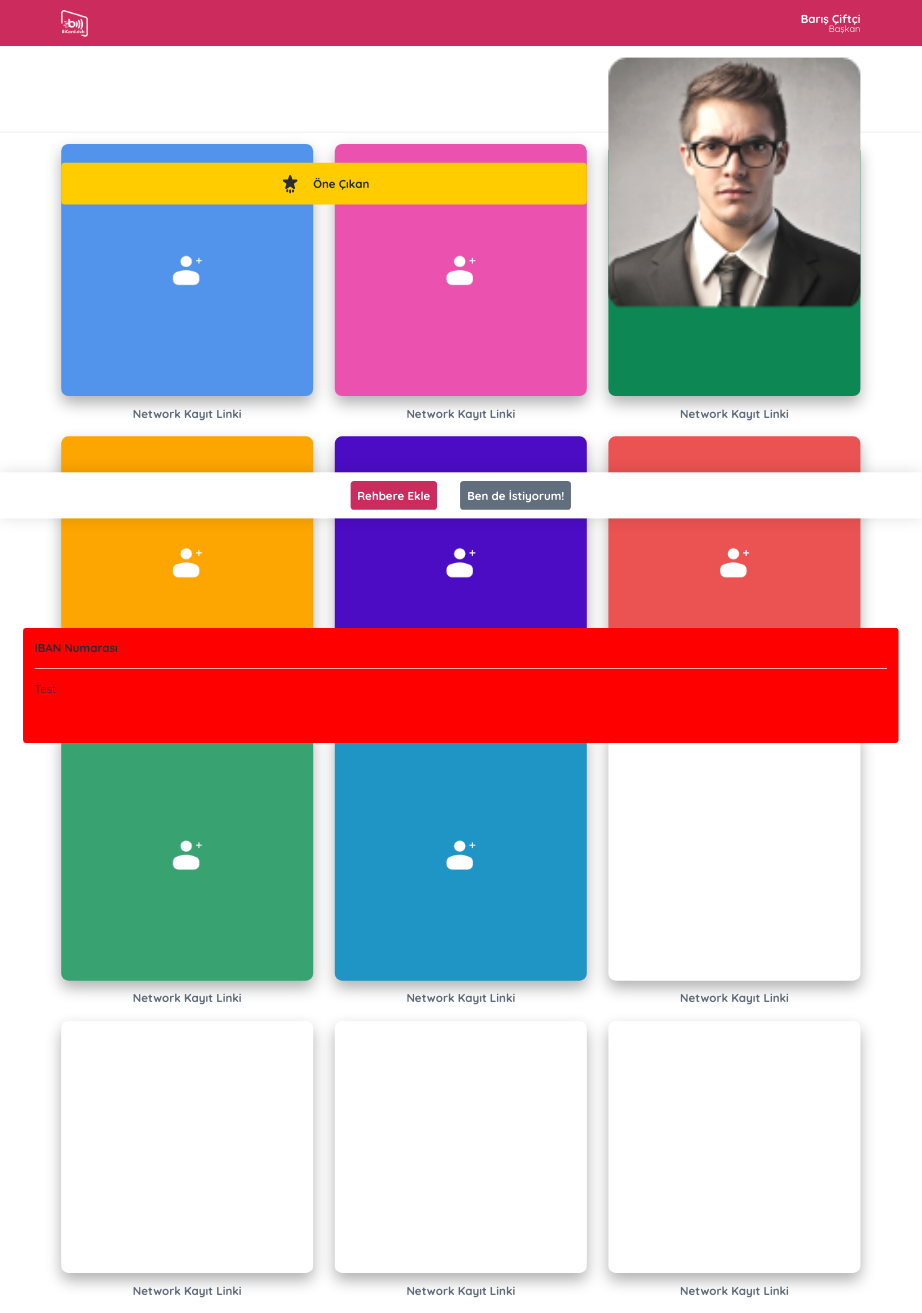
Repository: KayahanKahriman/bicard
Page: index.html
An editor plug-in stored every save of this project. The page is shown before and after the next save, followed by the edit.
The browser window is 1280 px wide. The pictures show the whole page, at 72% of full size.
The style sheet was rebuilt from its Sass, Less or Tailwind sources for each picture, by a compiler version that may differ from the author's.

Above is the page before, as saved 2021-12-02 10:03:40.

### index.html
<!doctype html>
<html>

<head>
    <meta name="viewport" content="width=device-width, initial-scale=1, maximum-scale=1, user-scalable=no">
    <meta charset="utf-8" />
    <title>Title</title>
    <link rel="preconnect" href="https://fonts.googleapis.com">
    <link rel="preconnect" href="https://fonts.gstatic.com" crossorigin>
    <link href="https://fonts.googleapis.com/css2?family=Quicksand:wght@400;500;700&display=swap" rel="stylesheet">
    <link href="./assets/css/style.css" type="text/css" rel="stylesheet" />
</head>

<body>
    <header id="app-bar">
        <div class="container h-100">
            <div class="row h-100 align-items-center justify-content-between">
                <div class="col-1">
                    <img src="./assets/images/logo.png" alt="">
                </div>
                <div class="col-11">
                    <div id="app-bar-right">
                        <p id="person-name">Barış Çiftçi</p>
                        <p id="person-title">Başkan</p>
                    </div>
                </div>
            </div>
        </div>
    </header>

    <section id="profile" class="py-3">
        <div class="container">
            <div class="row align-items-center justify-content-center text-center">
                <div class="col-8">
                    <a href="#" class="button jumbo-button button-has-icon"><img src="./assets/images/ranking.svg" alt="">Öne Çıkan</a>
                </div>
                <div class="col-4">
                    <img class="img-contain" src="./assets/images/avatar.png" alt="">
                </div>
            </div>
        </div>
    </section>

    <section id="icon-grid" class="py-3">
        <div class="container">
            <div class="row">
                <div class="col-4 mb-4">
                    <div class="icon-grid-item">
                        <div class="icon-grid-item-icon" style="background-color: #5294eb;">
                            <a data-fancybox href="#test">
                                <img src="./assets/images/user-add.png" alt="">
                            </a>
                        </div>
                        <div class="icon-grid-item-title">
                            Network Kayıt Linki
                        </div>
                    </div>
                </div>
                <div class="col-4 mb-4">
                    <div class="icon-grid-item">
                        <div class="icon-grid-item-icon" style="background-color: #eb52b0;">
                            <a href="#">
                                <img src="./assets/images/user-add.png" alt="">
                            </a>
                        </div>
                        <div class="icon-grid-item-title">
                            Network Kayıt Linki
                        </div>
                    </div>
                </div>
                <div class="col-4 mb-4">
                    <div class="icon-grid-item">
                        <div class="icon-grid-item-icon" style="background-color: #0d8855;">
                            <a href="#">
                                <img src="./assets/images/user-add.png" alt="">
                            </a>
                        </div>
                        <div class="icon-grid-item-title">
                            Network Kayıt Linki
                        </div>
                    </div>
                </div>
                <div class="col-4 mb-4">
                    <div class="icon-grid-item">
                        <div class="icon-grid-item-icon" style="background-color: #fda500;">
                            <a href="#">
                                <img src="./assets/images/user-add.png" alt="">
                            </a>
                        </div>
                        <div class="icon-grid-item-title">
                            Network Kayıt Linki
                        </div>
                    </div>
                </div>
                <div class="col-4 mb-4">
                    <div class="icon-grid-item">
                        <div class="icon-grid-item-icon" style="background-color: #4c0cc4;">
                            <a href="#">
                                <img src="./assets/images/user-add.png" alt="">
                            </a>
                        </div>
                        <div class="icon-grid-item-title">
                            Network Kayıt Linki
                        </div>
                    </div>
                </div>
                <div class="col-4 mb-4">
                    <div class="icon-grid-item">
                        <div class="icon-grid-item-icon" style="background-color: #eb5252;">
                            <a href="#">
                                <img src="./assets/images/user-add.png" alt="">
                            </a>
                        </div>
                        <div class="icon-grid-item-title">
                            Network Kayıt Linki
                        </div>
                    </div>
                </div>
                <div class="col-4 mb-4">
                    <div class="icon-grid-item">
                        <div class="icon-grid-item-icon" style="background-color: #38a371;">
                            <a href="#">
                                <img src="./assets/images/user-add.png" alt="">
                            </a>
                        </div>
                        <div class="icon-grid-item-title">
                            Network Kayıt Linki
                        </div>
                    </div>
                </div>
                <div class="col-4 mb-4">
                    <div class="icon-grid-item">
                        <div class="icon-grid-item-icon" style="background-color: #1e95c4;">
                            <a href="#">
                                <img src="./assets/images/user-add.png" alt="">
                            </a>
                        </div>
                        <div class="icon-grid-item-title">
                            Network Kayıt Linki
                        </div>
                    </div>
                </div>
                <div class="col-4 mb-4">
                    <div class="icon-grid-item">
                        <div class="icon-grid-item-icon">
                            <a href="#">
                                <img src="./assets/images/user-add.png" alt="">
                            </a>
                        </div>
                        <div class="icon-grid-item-title">
                            Network Kayıt Linki
                        </div>
                    </div>
                </div>
                <div class="col-4 mb-4">
                    <div class="icon-grid-item">
                        <div class="icon-grid-item-icon">
                            <a href="#">
                                <img src="./assets/images/user-add.png" alt="">
                            </a>
                        </div>
                        <div class="icon-grid-item-title">
                            Network Kayıt Linki
                        </div>
                    </div>
                </div>
                <div class="col-4 mb-4">
                    <div class="icon-grid-item">
                        <div class="icon-grid-item-icon">
                            <a href="#">
                                <img src="./assets/images/user-add.png" alt="">
                            </a>
                        </div>
                        <div class="icon-grid-item-title">
                            Network Kayıt Linki
                        </div>
                    </div>
                </div>
                <div class="col-4 mb-4">
                    <div class="icon-grid-item">
                        <div class="icon-grid-item-icon">
                            <a href="#">
                                <img src="./assets/images/user-add.png" alt="">
                            </a>
                        </div>
                        <div class="icon-grid-item-title">
                            Network Kayıt Linki
                        </div>
                    </div>
                </div>
            </div>
        </div>
    </section>

    <section id="fixed-buttons">
        <a class="button primary-button" href="#">Rehbere Ekle</a>
        <a class="button dark-button" href="#">Ben de İstiyorum!</a>
    </section>

    <section id="inline-content" class="hide-content">
        <div id="modal-title">
            <strong>IBAN Numarası</strong>
        </div>
        <div id="modal-content">
            Test
        </div>
    </section>

    <script src="https://unpkg.com/swiper/swiper-bundle.min.js"></script>
    <script type="text/javascript" src="assets/js/index.js"></script>
</body>

</html>

### assets/scss/style.scss
@import "main";

#app-bar {
  background-color: var(--primary-color);
  height: var(--app-bar-height);
  width: 100%;
  color: white;
  position: fixed;
  top: 0;
  left: 0;
  z-index: 3;

  #person-name,
  #person-title {
    line-height: 1;
    text-align: right;
    margin-bottom: 0;
  }

  #person-name {
    font-weight: 600;
  }

  #person-title {
    font-size: 0.8em;
  }
}

#profile {
  background-color: white;
  position: relative;
  top: var(--app-bar-height);
  position: sticky;
  width: 100%;
  height: var(--profile-height);
  border-bottom: 1px solid var(--border-color);
  z-index: 3;
}

#icon-grid {
  position: relative;
  top: var(--app-bar-height);
  height: calc(
    100vh - var(--app-bar-height) + var(--fixed-buttons-height) +
      var(--app-bar-height)
  );
}

#fixed-buttons {
  bottom: 0;
  left: 0;
  width: 100%;
  position: fixed;
  background-color: white;
  height: var(--fixed-buttons-height);
  z-index: 3;
  box-shadow: 0 0 20px #00000020;
  display: flex;
  align-items: center;
  justify-content: center;
  column-gap: 2em;
}

#inline-content {
  position: fixed;
  bottom: 0.5em;
  width: 95%;
  left: 50%;
  transform: translateX(-50%);
  border-radius: 5px;
  background-color: white;
  padding: 1em;
  height: 10em;
  z-index: 5;
  transition: all 0.3s ease-in-out;

  #modal-title {
    border-bottom: 1px solid var(--border-color);
    padding-bottom: 1em;
  }
  #modal-content {
    padding: 1em 0;
  }
}

/*------------------------------------*\
    RESPONSIVE
\*------------------------------------*/

@media only screen and (min-width: 320px) {
}

@media only screen and (min-width: 480px) {
}

@media only screen and (min-width: 768px) {
}

@media only screen and (min-width: 1024px) {
}

@media only screen and (min-width: 1140px) {
}

@media only screen and (min-width: 1280px) {
}

@media only screen and (-webkit-min-device-pixel-ratio: 1.5),
  only screen and (min-resolution: 144dpi) {
}

### assets/scss/flex-grid/_flexgrid.scss
@import "functions";
@import "variables";
@import "mixins";
@import "reboot";
@import "utilities";
@import "grid";

### assets/scss/flex-grid/_mixins.scss
// Toggles
//
// Used in conjunction with global variables to enable certain theme features.

// Vendor
@import "vendor/rfs";


// Utilities
@import "mixins/breakpoints";
@import "mixins/image";
@import "mixins/hover";
@import "mixins/deprecate";
@import "mixins/text-hide";
@import "mixins/text-truncate";
@import "mixins/text-emphasis";
@import "mixins/size";


// // Layout
@import "mixins/clearfix";
@import "mixins/grid-framework";
@import "mixins/grid";
@import "mixins/float";

### assets/scss/flex-grid/mixins/_image.scss
// Image Mixins
// - Responsive image
// - Retina image


// Responsive image
//
// Keep images from scaling beyond the width of their parents.

@mixin img-fluid {
  // Part 1: Set a maximum relative to the parent
  max-width: 100%;
  // Part 2: Override the height to auto, otherwise images will be stretched
  // when setting a width and height attribute on the img element.
  height: auto;
}


// Retina image
//
// Short retina mixin for setting background-image and -size.

@mixin img-retina($file-1x, $file-2x, $width-1x, $height-1x) {
  background-image: url($file-1x);

  // Autoprefixer takes care of adding -webkit-min-device-pixel-ratio and -o-min-device-pixel-ratio,
  // but doesn't convert dppx=>dpi.
  // There's no such thing as unprefixed min-device-pixel-ratio since it's nonstandard.
  // Compatibility info: https://caniuse.com/#feat=css-media-resolution
  @media only screen and (min-resolution: 192dpi), // IE9-11 don't support dppx
    only screen and (min-resolution: 2dppx) { // Standardized
    background-image: url($file-2x);
    background-size: $width-1x $height-1x;
  }
  @include deprecate("`img-retina()`", "v4.3.0", "v5");
}

### assets/scss/flex-grid/mixins/_hover.scss
// Hover mixin and `$enable-hover-media-query` are deprecated.
//
// Originally added during our alphas and maintained during betas, this mixin was
// designed to prevent `:hover` stickiness on iOS-an issue where hover styles
// would persist after initial touch.
//
// For backward compatibility, we've kept these mixins and updated them to
// always return their regular pseudo-classes instead of a shimmed media query.
//
// Issue: https://github.com/twbs/bootstrap/issues/25195

@mixin hover {
  &:hover { @content; }
}

@mixin hover-focus {
  &:hover,
  &:focus {
    @content;
  }
}

@mixin plain-hover-focus {
  &,
  &:hover,
  &:focus {
    @content;
  }
}

@mixin hover-focus-active {
  &:hover,
  &:focus,
  &:active {
    @content;
  }
}

### assets/scss/flex-grid/mixins/_grid-framework.scss
// Framework grid generation
//
// Used only by Bootstrap to generate the correct number of grid classes given
// any value of `$grid-columns`.

@mixin make-grid-columns($columns: $grid-columns, $gutter: $grid-gutter-width, $breakpoints: $grid-breakpoints) {
  // Common properties for all breakpoints
  %grid-column {
    position: relative;
    width: 100%;
    padding-right: $gutter / 2;
    padding-left: $gutter / 2;
  }

  @each $breakpoint in map-keys($breakpoints) {
    $infix: breakpoint-infix($breakpoint, $breakpoints);

    // Allow columns to stretch full width below their breakpoints
    @for $i from 1 through $columns {
      .col#{$infix}-#{$i} {
        @extend %grid-column;
      }
    }
    .col#{$infix},
    .col#{$infix}-auto {
      @extend %grid-column;
    }

    @include media-breakpoint-up($breakpoint, $breakpoints) {
      // Provide basic `.col-{bp}` classes for equal-width flexbox columns
      .col#{$infix} {
        flex-basis: 0;
        flex-grow: 1;
        max-width: 100%;
      }
      .col#{$infix}-auto {
        flex: 0 0 auto;
        width: auto;
        max-width: 100%; // Reset earlier grid tiers
      }

      @for $i from 1 through $columns {
        .col#{$infix}-#{$i} {
          @include make-col($i, $columns);
        }
      }

      .order#{$infix}-first { order: -1; }

      .order#{$infix}-last { order: $columns + 1; }

      @for $i from 0 through $columns {
        .order#{$infix}-#{$i} { order: $i; }
      }

      // `$columns - 1` because offsetting by the width of an entire row isn't possible
      @for $i from 0 through ($columns - 1) {
        @if not ($infix == "" and $i == 0) { // Avoid emitting useless .offset-0
          .offset#{$infix}-#{$i} {
            @include make-col-offset($i, $columns);
          }
        }
      }
    }
  }
}

### assets/scss/flex-grid/mixins/_grid.scss
/// Grid system
//
// Generate semantic grid columns with these mixins.

@mixin make-container($gutter: $grid-gutter-width) {
  width: 100%;
  padding-right: $gutter / 2;
  padding-left: $gutter / 2;
  margin-right: auto;
  margin-left: auto;
}


// For each breakpoint, define the maximum width of the container in a media query
@mixin make-container-max-widths($max-widths: $container-max-widths, $breakpoints: $grid-breakpoints) {
  @each $breakpoint, $container-max-width in $max-widths {
    @include media-breakpoint-up($breakpoint, $breakpoints) {
      max-width: $container-max-width;
    }
  }
}

@mixin make-row($gutter: $grid-gutter-width) {
  display: flex;
  flex-wrap: wrap;
  margin-right: -$gutter / 2;
  margin-left: -$gutter / 2;
}

@mixin make-col-ready($gutter: $grid-gutter-width) {
  position: relative;
  // Prevent columns from becoming too narrow when at smaller grid tiers by
  // always setting `width: 100%;`. This works because we use `flex` values
  // later on to override this initial width.
  width: 100%;
  padding-right: $gutter / 2;
  padding-left: $gutter / 2;
}

@mixin make-col($size, $columns: $grid-columns) {
  flex: 0 0 percentage($size / $columns);
  // Add a `max-width` to ensure content within each column does not blow out
  // the width of the column. Applies to IE10+ and Firefox. Chrome and Safari
  // do not appear to require this.
  max-width: percentage($size / $columns);
}

@mixin make-col-offset($size, $columns: $grid-columns) {
  $num: $size / $columns;
  margin-left: if($num == 0, 0, percentage($num));
}

### assets/scss/flex-grid/_utilities.scss
@import "utilities/align";
@import "utilities/clearfix";
@import "utilities/display";
@import "utilities/flex";
@import "utilities/float";
@import "utilities/position";
@import "utilities/text";
@import "utilities/spacing";
@import "utilities/sizing";

### assets/scss/flex-grid/utilities/_text.scss
// stylelint-disable declaration-no-important

//
// Text
//

.text-monospace { font-family: $font-family-monospace !important; }

// Alignment

.text-justify  { text-align: justify !important; }
.text-wrap     { white-space: normal !important; }
.text-nowrap   { white-space: nowrap !important; }
.text-truncate { @include text-truncate; }

// Responsive alignment

@each $breakpoint in map-keys($grid-breakpoints) {
  @include media-breakpoint-up($breakpoint) {
    $infix: breakpoint-infix($breakpoint, $grid-breakpoints);

    .text#{$infix}-left   { text-align: left !important; }
    .text#{$infix}-right  { text-align: right !important; }
    .text#{$infix}-center { text-align: center !important; }
  }
}

// Transformation

.text-lowercase  { text-transform: lowercase !important; }
.text-uppercase  { text-transform: uppercase !important; }
.text-capitalize { text-transform: capitalize !important; }

// Weight and italics

.font-weight-light   { font-weight: $font-weight-light !important; }
.font-weight-lighter { font-weight: $font-weight-lighter !important; }
.font-weight-normal  { font-weight: $font-weight-normal !important; }
.font-weight-bold    { font-weight: $font-weight-bold !important; }
.font-weight-bolder  { font-weight: $font-weight-bolder !important; }
.font-italic         { font-style: italic !important; }

// Contextual colors

.text-white { color: $white !important; }

@each $color, $value in $theme-colors {
  @include text-emphasis-variant(".text-#{$color}", $value);
}

.text-body { color: $body-color !important; }
.text-muted { color: $text-muted !important; }

.text-black-50 { color: rgba($black, .5) !important; }
.text-white-50 { color: rgba($white, .5) !important; }

// Misc

.text-hide {
  @include text-hide($ignore-warning: true);
}

.text-decoration-none { text-decoration: none !important; }

.text-break {
  word-break: break-word !important; // IE & < Edge 18
  overflow-wrap: break-word !important;
}

// Reset

.text-reset { color: inherit !important; }

### assets/scss/flex-grid/_grid.scss
// Container widths
//
// Set the container width, and override it for fixed navbars in media queries.

@if $enable-grid-classes {
  .container {
    @include make-container();
    @include make-container-max-widths();
  }
}

// Fluid container
//
// Utilizes the mixin meant for fixed width containers, but with 100% width for
// fluid, full width layouts.

@if $enable-grid-classes {
  .container-fluid {
    @include make-container();
  }
}

// Row
//
// Rows contain and clear the floats of your columns.

@if $enable-grid-classes {
  .row {
    @include make-row();
  }

  // Remove the negative margin from default .row, then the horizontal padding
  // from all immediate children columns (to prevent runaway style inheritance).
  .no-gutters {
    margin-right: 0;
    margin-left: 0;

    > .col,
    > [class*="col-"] {
      padding-right: 0;
      padding-left: 0;
    }
  }
}

// Columns
//
// Common styles for small and large grid columns

@if $enable-grid-classes {
  @include make-grid-columns();
}

### assets/scss/_vars.scss
:root {
  // Fonts
  --quicksand: "Quicksand", sans-serif;
  --primary-font: var(--quicksand);

  // Colors
  --primary-color: #cc2b5e;
  --darker-primary-color: #b12451;
  --secondary-color: #ffcc00;
  --darker-secondary-color: #d4aa00;
  --text-color: #292d32;
  --link-color: #292d32;
  --alt-text-color: #616e7d;
  --border-color: #eaeaea;
  --dark-color: #616e7d;

  // Sizes
  --app-bar-height: 4em;
  --profile-height: 7.5em;
  --fixed-buttons-height: 4em;
}

Loaded but not shown: assets/scss/flex-grid/vendor/_rfs.scss (common file); assets/scss/flex-grid/mixins/_deprecate.scss (common file); assets/scss/flex-grid/mixins/_text-hide.scss (common file); assets/scss/flex-grid/mixins/_text-truncate.scss (common file); assets/scss/flex-grid/mixins/_text-emphasis.scss (common file); assets/scss/flex-grid/mixins/_size.scss (common file); assets/scss/flex-grid/mixins/_clearfix.scss (common file); assets/scss/flex-grid/mixins/_float.scss (common file); assets/scss/flex-grid/utilities/_align.scss (common file); assets/scss/flex-grid/utilities/_clearfix.scss (common file); assets/scss/flex-grid/utilities/_display.scss (common file); assets/scss/flex-grid/utilities/_float.scss (common file); assets/scss/flex-grid/utilities/_position.scss (common file); assets/scss/flex-grid/utilities/_sizing.scss (common file); assets/js/index.js (31 lines, source omitted); assets/scss/flex-grid/_variables.scss (1123 lines, source omitted); assets/scss/flex-grid/_reboot.scss (483 lines, source omitted); assets/scss/flex-grid/mixins/_breakpoints.scss (123 lines, source omitted); assets/scss/flex-grid/utilities/_flex.scss (51 lines, source omitted); assets/scss/flex-grid/_functions.scss (86 lines, source omitted); assets/scss/_main.scss (161 lines, source omitted); assets/scss/flex-grid/utilities/_spacing.scss (73 lines, source omitted)

After the next save:
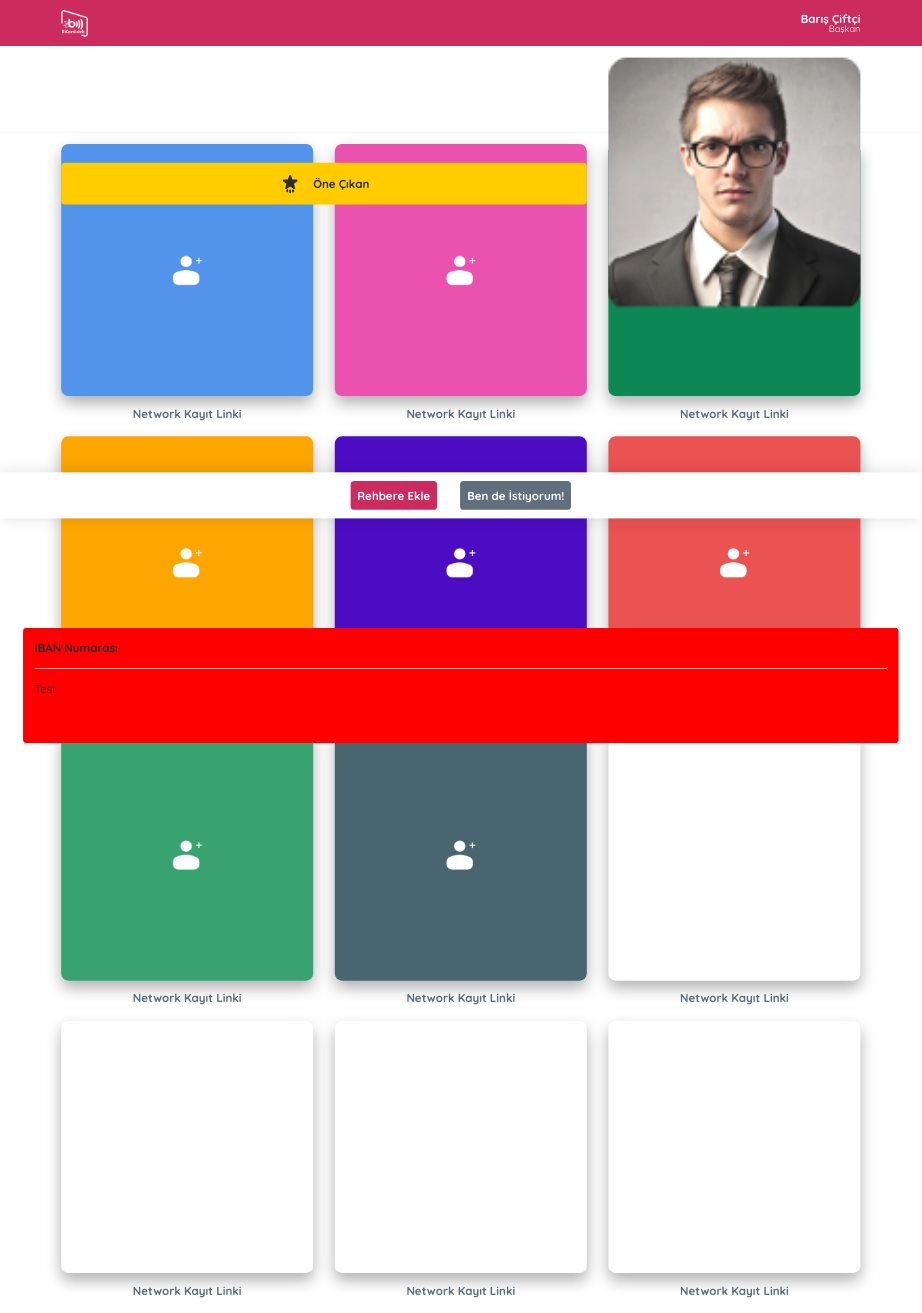
Saved 6 s later.
--- a/index.html
+++ b/index.html
@@ -130,7 +130,7 @@
                 </div>
                 <div class="col-4 mb-4">
                     <div class="icon-grid-item">
-                        <div class="icon-grid-item-icon" style="background-color: #1e95c4;">
+                        <div class="icon-grid-item-icon" style="background-color: #496570;">
                             <a href="#">
                                 <img src="./assets/images/user-add.png" alt="">
                             </a>
